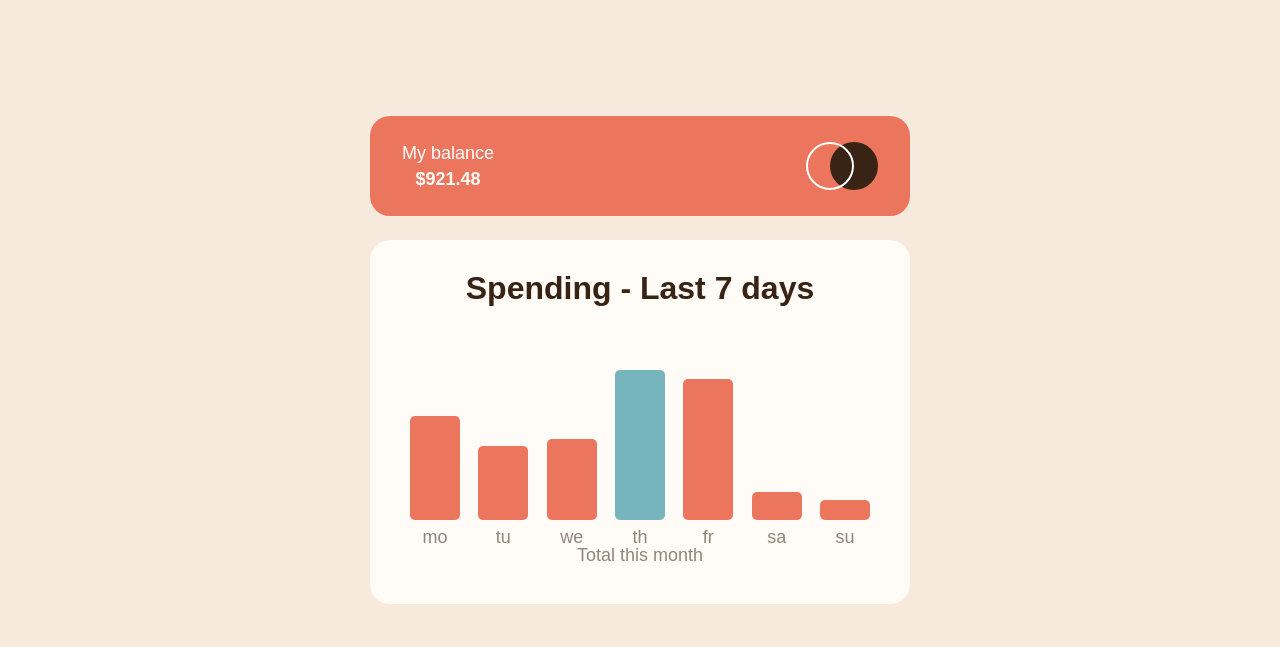
Repository: usmanov16/6-oy-2-dars-
Page: /
An editor plug-in stored every save of this project. The page is shown before and after the next save, followed by the edit.
The browser window is 1280 px wide. The pictures show the whole page.
The project was rebuilt for these pictures with package versions that can differ from the ones it lists, and the page was loaded fresh each time. Also part of the build but not shown: vite.config.js.

Above is the page before, as saved 2025-08-28 15:45:56.

After the next save:
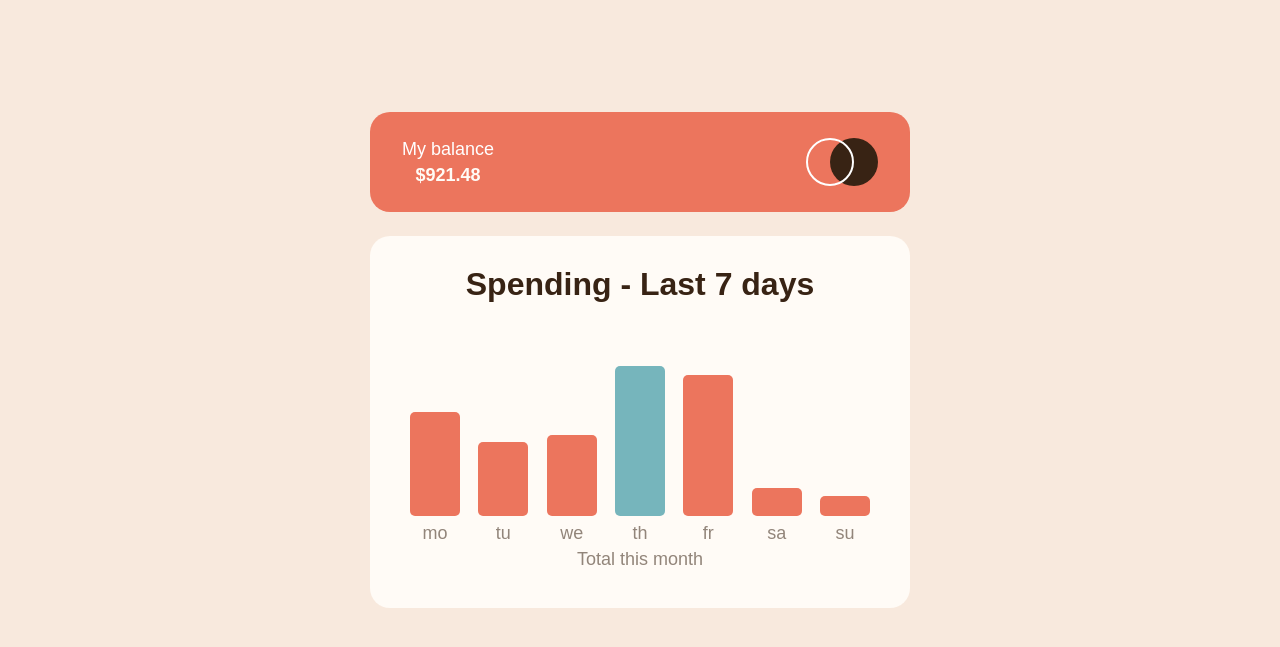
Saved 10 s later.
--- a/src/components/CardBottom.jsx
+++ b/src/components/CardBottom.jsx
@@ -69,7 +69,7 @@ function CardBottom() {
               <span className='absolute -top-2 left-[50%] -translate-x-[50%] -translate-y-[100%]'>${ch.value}</span>
             </div>
           </div>
-          <span className='w-full'>{ch.weekdays}</span>
+          <span className='w-full mb-2'>{ch.weekdays}</span>
         </li>
          )
         })}
